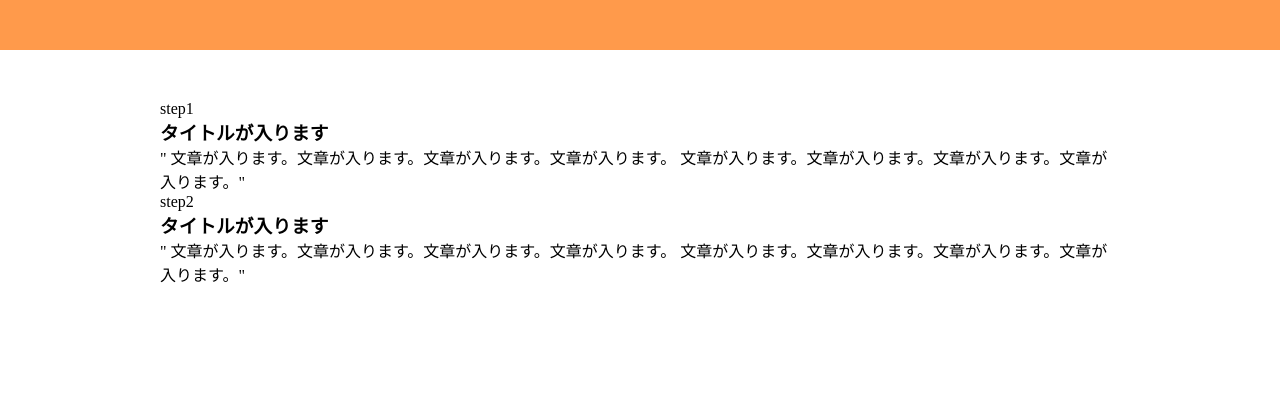
Repository: ayakodesu/html-practice
Page: chapter9/chapter9.html
The author's editor kept a record of every edit. The page is drawn from the files as they stood at one moment, then again after the next edit.
The browser window is 1280 px wide. The pictures show the whole page.

Above is the page before.

After the next edit:
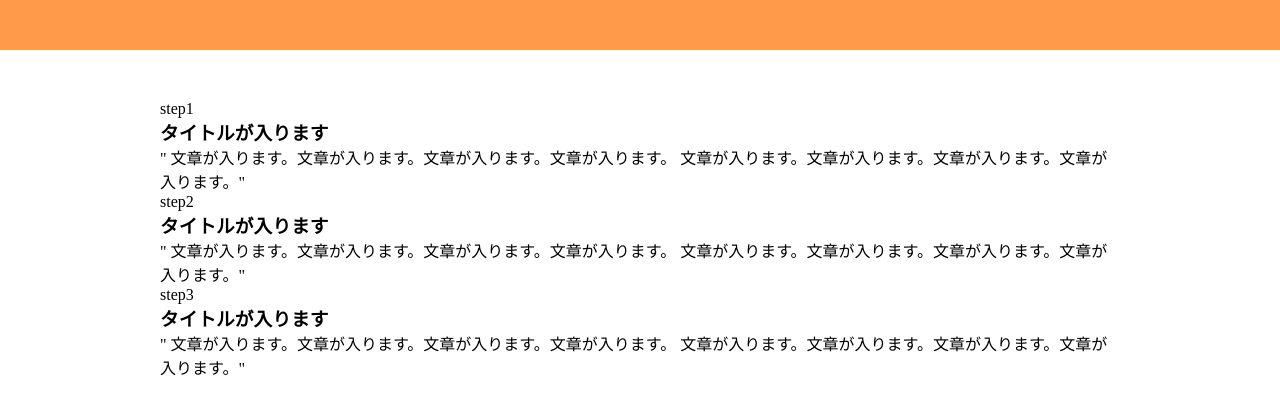
The edit:
--- a/chapter9/chapter9.html
+++ b/chapter9/chapter9.html
@@ -30,4 +30,14 @@
       </p>
   </div>
 
+  <div class="step-box">
+    <div class=step-imag3.jpg”>
+      <span class="step-num">step3</span>
+      <h3 class="title">タイトルが入ります</h3>
+      <p class="text">
+        " 文章が入ります。文章が入ります。文章が入ります。文章が入ります。
+        文章が入ります。文章が入ります。文章が入ります。文章が入ります。"
+      </p>
+  </div>
+
 </main>
